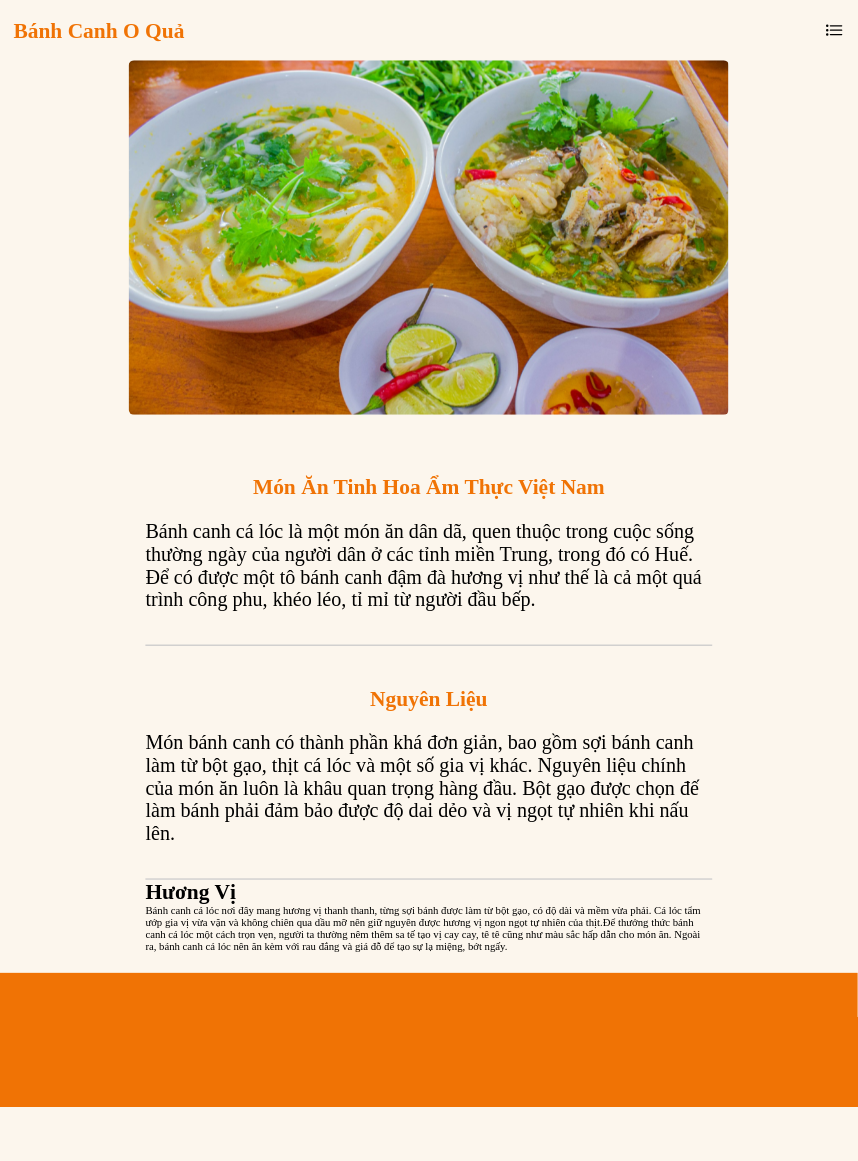
Repository: LeCongTuan2608/AmThuc
Page: public/index.html
These files come from the project's save history. The page is drawn as it stood at one moment and after the next save; the edit follows.
The browser window is 1280 px wide. The pictures show the whole page, at 67% of full size.
Some web fonts or font styles are not loaded; a fallback is used. The style sheet was rebuilt from its Sass, Less or Tailwind sources for each picture, by a compiler version that may differ from the author's.

Above is the page before, as saved 2022-04-15 11:52:47.

### public/index.html
<!DOCTYPE html>
<html lang="en">
   <head>
      <meta charset="UTF-8" />
      <meta http-equiv="X-UA-Compatible" content="IE=edge" />
      <meta name="viewport" content="width=device-width, initial-scale=1.0" />
      <link rel="stylesheet" href="../sass/css/index.css" />
      <link rel="stylesheet" href="../Javascript/app.js" />

      <script type="module" src="https://unpkg.com/ionicons@5.5.2/dist/ionicons/ionicons.esm.js"></script>
      <script nomodule src="https: // unkg .com / ionicons @ 5.5.2 / dist / ionicons / ionicons.js "></script>

      <link rel="preconnect" href="https://fonts.googleapis.com" />
      <link rel="preconnect" href="https://fonts.gstatic.com" crossorigin />
      <link href="https://fonts.googleapis.com/css2?family=Updock&display=swap" rel="stylesheet" />
      <title>Bánh Canh O Quả</title>
   </head>
   <body>
      <header>
         <div id="header">
            <h1>Bánh Canh O Quả</h1>
            <ion-icon name="list-outline"></ion-icon>
         </div>
      </header>
      <main>
         <div id="container">
            <div id="top">
               <div id="image">
                  <img src="../images/anh-3.png" alt="" />
               </div>
            </div>
            <div id="middle">
               <div id="contents">
                  <div id="story">
                     <h1>Món Ăn Tinh Hoa Ẩm Thực Việt Nam</h1>
                     <p>
                        Bánh canh cá lóc là một món ăn dân dã, quen thuộc trong cuộc sống thường ngày của người dân ở
                        các tỉnh miền Trung, trong đó có Huế. Để có được một tô bánh canh đậm đà hương vị như thế là cả
                        một quá trình công phu, khéo léo, tỉ mỉ từ người đầu bếp.
                     </p>
                  </div>
                  <div id="ingredient">
                     <h1>Nguyên Liệu</h1>
                     <p>
                        Món bánh canh có thành phần khá đơn giản, bao gồm sợi bánh canh làm từ bột gạo, thịt cá lóc và
                        một số gia vị khác. Nguyên liệu chính của món ăn luôn là khâu quan trọng hàng đầu. Bột gạo được
                        chọn đế làm bánh phải đảm bảo được độ dai dẻo và vị ngọt tự nhiên khi nấu lên.
                     </p>
                  </div>
                  <div id="taste">
                     <h1>Hương Vị</h1>
                     <p>
                        Bánh canh cá lóc nơi đây mang hương vị thanh thanh, từng sợi bánh được làm từ bột gạo, có độ dài
                        và mềm vừa phải. Cá lóc tẩm ướp gia vị vừa vặn và không chiên qua dầu mỡ nên giữ nguyên được
                        hương vị ngon ngọt tự nhiên của thịt.Để thưởng thức bánh canh cá lóc một cách trọn vẹn, người ta
                        thường nêm thêm sa tế tạo vị cay cay, tê tê cũng như màu sắc hấp dẫn cho món ăn. Ngoài ra, bánh
                        canh cá lóc nên ăn kèm với rau đắng và giá đỗ để tạo sự lạ miệng, bớt ngấy.
                     </p>
                  </div>
               </div>
            </div>
         </div>
      </main>
      <footer></footer>
   </body>
</html>

### sass/index.scss
@import './variables';
html{
    font-size: 100%;
    width: 100%;
    height: 100%;
}
*{
    margin: 0;
    padding: 0;
}
body{
    width: 100%;
    height: 100%;
    background-color: $background_Color;
}
header #header{
    display: flex;
    height: 50px;
    padding: 20px;
    align-items: center;
    justify-content: space-between;
}
#header h1{
    color: $words_Color;
    cursor: pointer;
    font-family: $words_font;
}
#header ion-icon{
    font-size: 30px;
    cursor: pointer;
}
main{
    width: 100%;
    display: flex;
    justify-content: center;
}
main #container{
    height: auto;
    display: flex;
    width: 70%;
    flex-direction: column;
    // justify-content: center;

}
#top {
    height: 45%;
}
#image{
    height: 100%;
    background-size: cover;
}
#image img{
    width: 100%;
    height: 100%;
    border-radius: 8px;
    background-size: cover;
}
#contents{
    width: auto;
    height: auto;
    padding: 30px 25px 30px 25px;

}
#story{
    border-bottom-style: solid;
    border-width: 2px;
    border-color: #cbcbcb;
    padding-bottom: 50px;
}
#story h1{
    color: $words_Color;
    text-align: center;
    margin: 60px 0 30px 0;
    font-family: $words_font;
}
#story p{
    font-size: $font_Size;
    font-family: $words_font;
}
#ingredient{
    border-bottom-style: solid;
    border-width: 2px;
    border-color: #cecece;
    padding-bottom: 50px;
}
#ingredient h1{
    color: $words_Color;
    text-align: center;
    margin: 60px 0 30px 0;
    font-family: $words_font;
}
#ingredient p{
    font-size: $font_Size;
    font-family: $words_font;
}
footer{
    height: 200px;
    background-color: $words_Color;
}

### sass/variables.scss
$background_Color: #fcf6ed;
$words_Color: #f07305;
$words_font: 'Updock', cursive;
$font_Size: 30px;

Loaded but not shown: Javascript/app.js (no stored copy; drawn as an empty file)

After the next save:
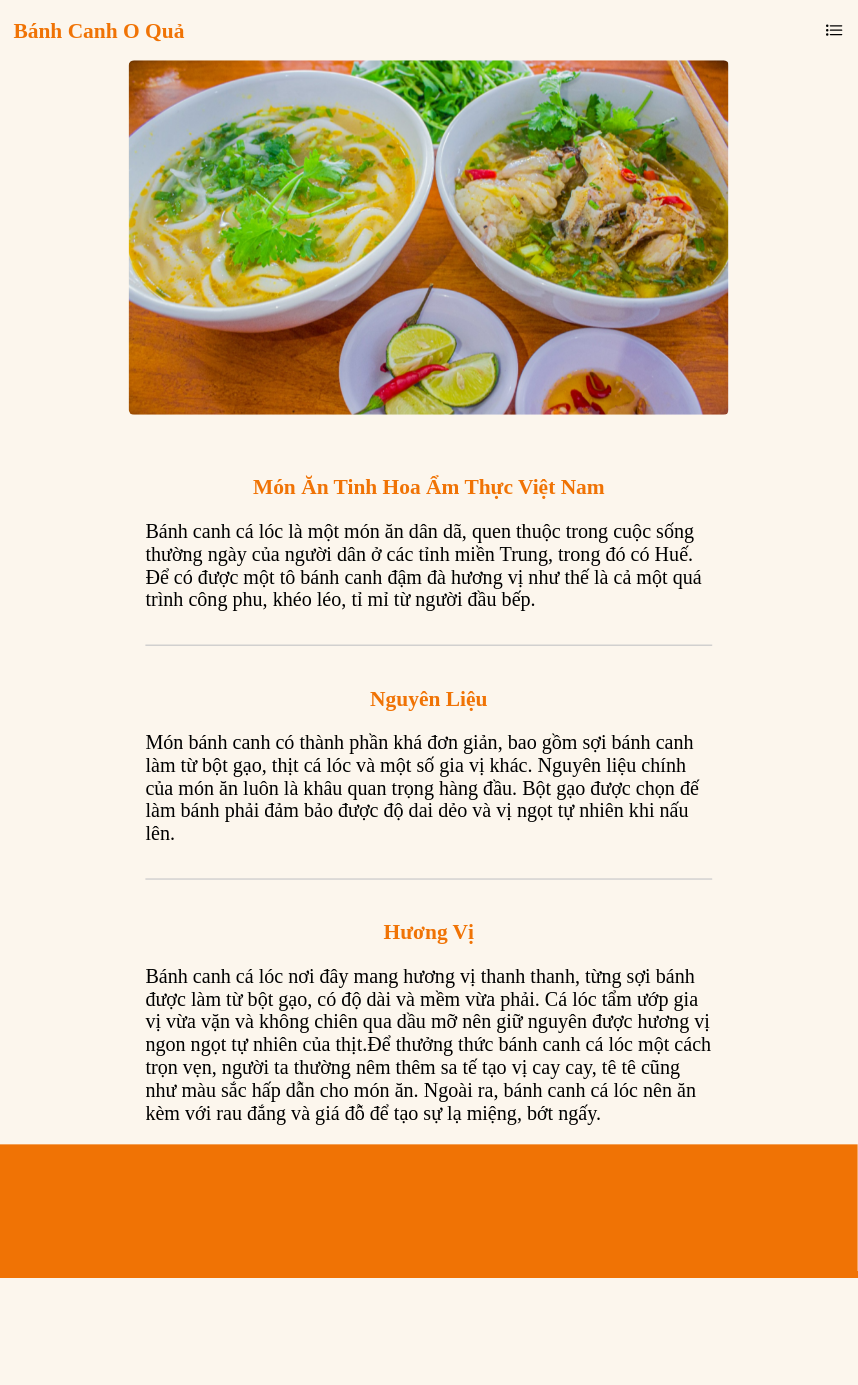
Saved 30 s later.
--- a/sass/index.scss
+++ b/sass/index.scss
@@ -93,6 +93,17 @@ main #container{
     font-size: $font_Size;
     font-family: $words_font;
 }
+#taste h1{
+    color: $words_Color;
+    text-align: center;
+    margin: 60px 0 30px 0;
+    font-family: $words_font;
+}
+#taste p{
+    font-size: $font_Size;
+    font-family: $words_font;
+}
+
 footer{
     height: 200px;
     background-color: $words_Color;
